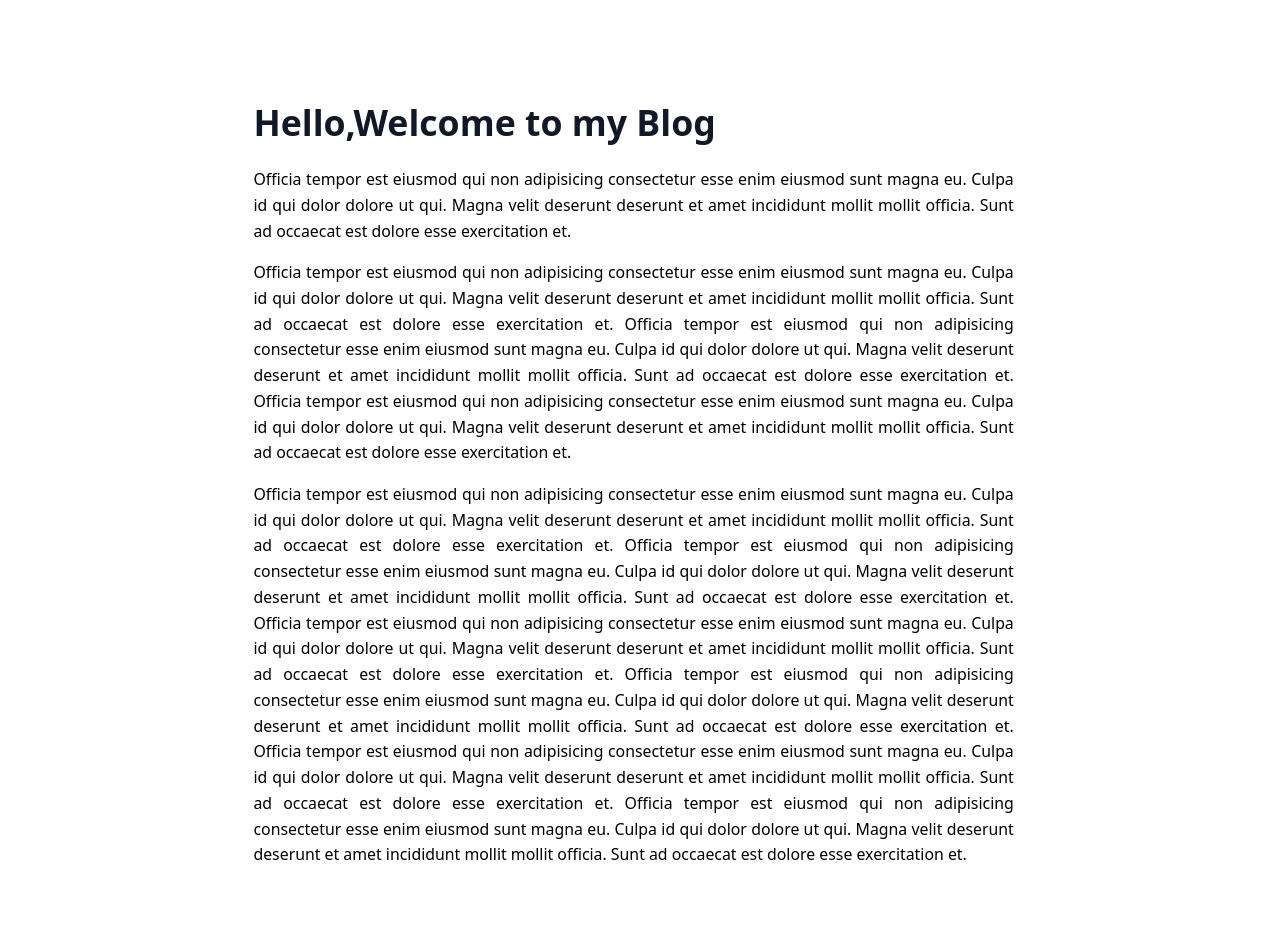
Repository: ymw0331/blog-mern-webapp
Page: / (app in client/)
The author's editor kept a copy of each file at every save. The page is drawn from the files as they stood at one save, then again after the next save.
The browser window is 1280 px wide. The pictures show the whole page, at 99% of full size.
The project was rebuilt for these pictures with package versions that can differ from the ones it lists, and the page was loaded fresh each time. Also part of the build but not shown: client/src/pages/About.js, client/src/pages/Article.js, client/src/pages/ArticlesList.js.

Above is the page before, as saved 2022-12-10 19:51:37.

After the next save:
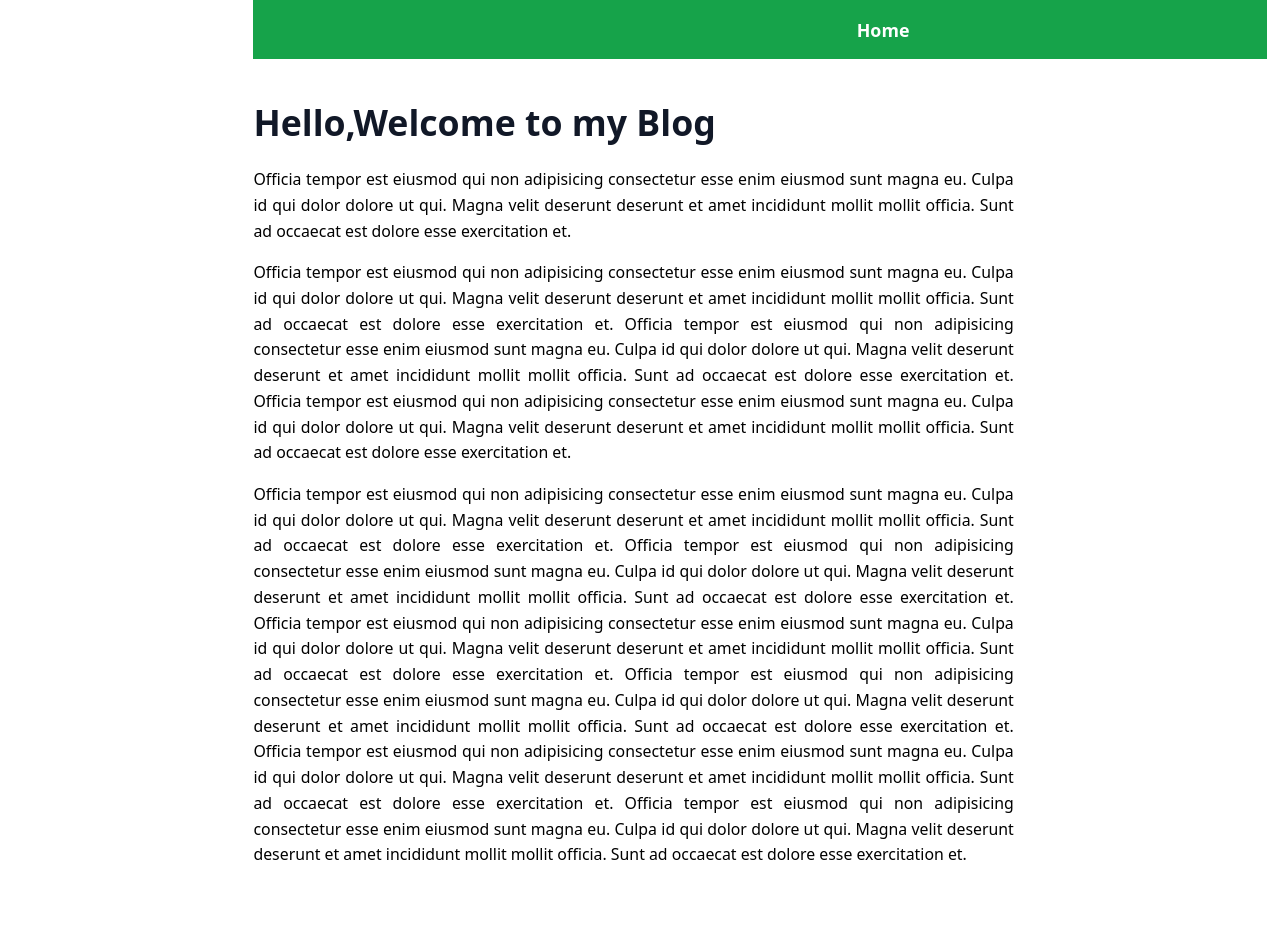
Saved 4 s later.
--- a/client/src/pages/Home.js
+++ b/client/src/pages/Home.js
@@ -4,7 +4,7 @@ import Navbar from '../components/Navbar';
 const Home = () => {
   return (
     <div className='mb-20'>
-
+      <Navbar />
       <h1 className='sm:text-4xl text-2xl font-bold my-6 text-gray-900'>
         Hello,Welcome to my Blog
       </h1>
